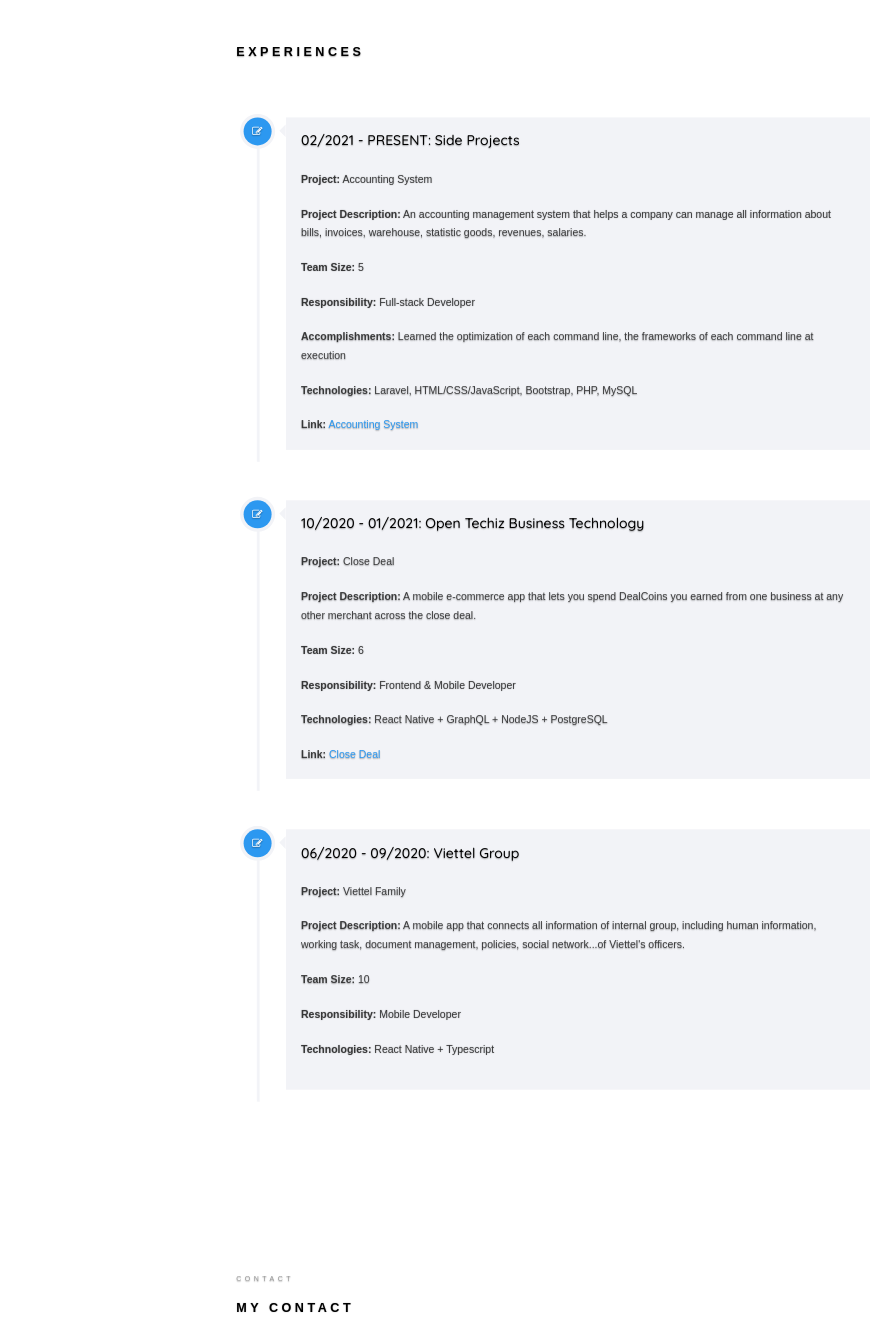
Repository: thinhnpptit/my-cv
Page: index.html
The author's editor kept a copy of each file at every save. The page is drawn from the files as they stood at one save, then again after the next save.
The browser window is 1280 px wide. The pictures show the part of the page from y = 2344 to 4264 px (the page is 4794 px tall before and 5172 px after), at 70% of full size.
Some web fonts or font styles are not loaded; a fallback is used.

Above is the page before, as saved 2021-06-22 22:50:43.
Console error: TypeError: $(...).stick_in_parent is not a function

After the next save:
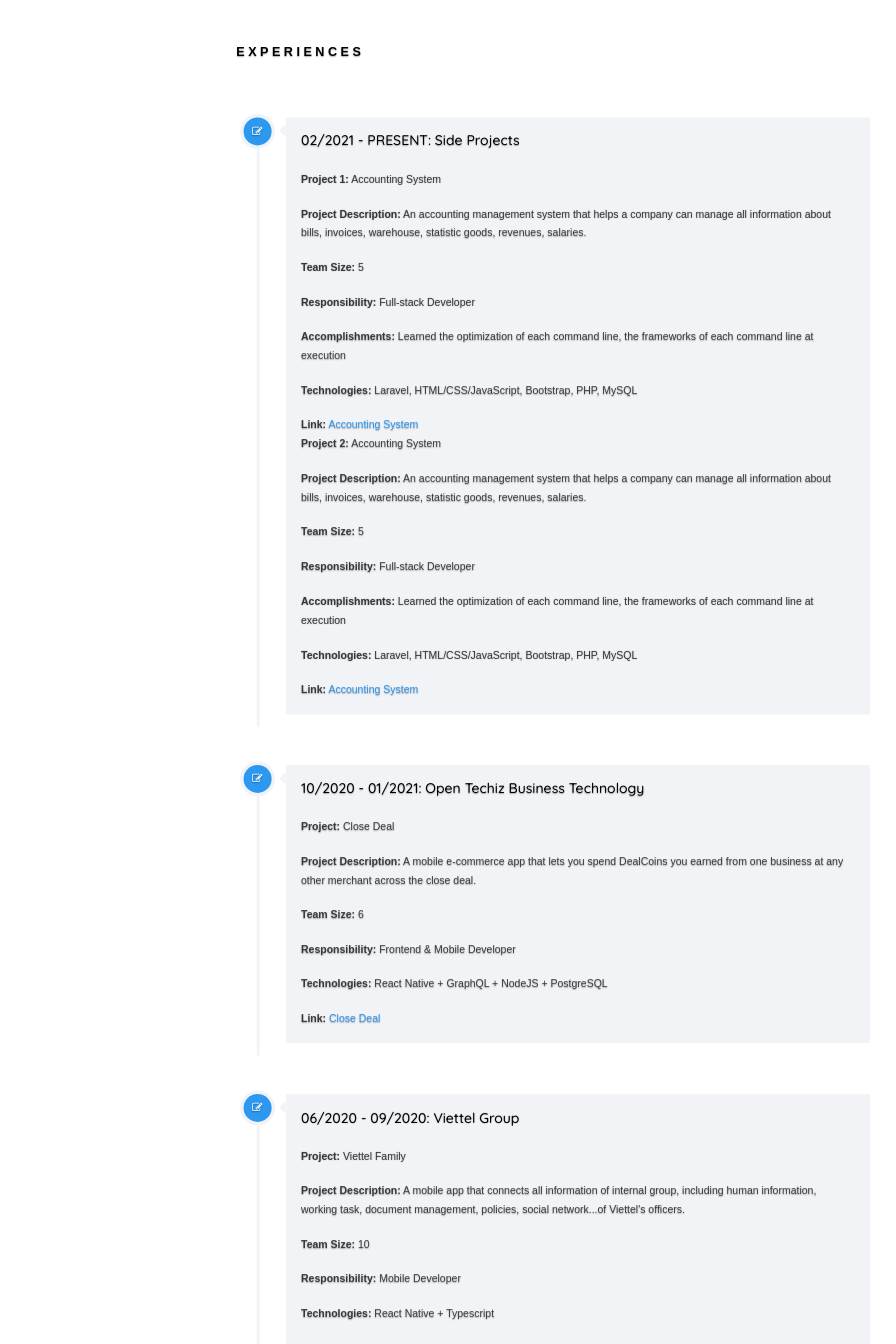
Saved 110 s later.
--- a/index.html
+++ b/index.html
@@ -280,7 +280,7 @@
 
 												<div class="timeline-label">
 														<h2><a href="#">02/2021 - PRESENT: Side Projects</a><span></span></h2>
-										<p><strong>Project:</strong> Accounting System</p>
+										<p><strong>Project 1:</strong> Accounting System</p>
 										<p><strong>Project Description:</strong> An accounting management system that helps a company can manage all 	  	  information about bills, invoices, warehouse, statistic goods, revenues, salaries.</p>
 										<p><strong>Team Size:</strong> 5</p>
 										<p><strong>Responsibility: </strong>Full-stack Developer</p>
@@ -290,6 +290,13 @@
 										<!-- <div class="text-center">
 											<a name="" id="" class="btn btn-primary" href="#" role="button">View Page</a>
 										</div> -->
+										<p><strong>Project 2:</strong> Accounting System</p>
+										<p><strong>Project Description:</strong> An accounting management system that helps a company can manage all 	  	  information about bills, invoices, warehouse, statistic goods, revenues, salaries.</p>
+										<p><strong>Team Size:</strong> 5</p>
+										<p><strong>Responsibility: </strong>Full-stack Developer</p>
+										<p><strong>Accomplishments:</strong> Learned the optimization of each command line, the frameworks of each command line at execution</p>
+										<p><strong>Technologies:</strong> Laravel, HTML/CSS/JavaScript, Bootstrap, PHP, MySQL</p>
+										<span><strong>Link:</strong></span><a href="http://accounting-system-app.herokuapp.com"> Accounting System</a>
 										<div class="list-img text-center">
 											<!-- Images -->
 										</div>
